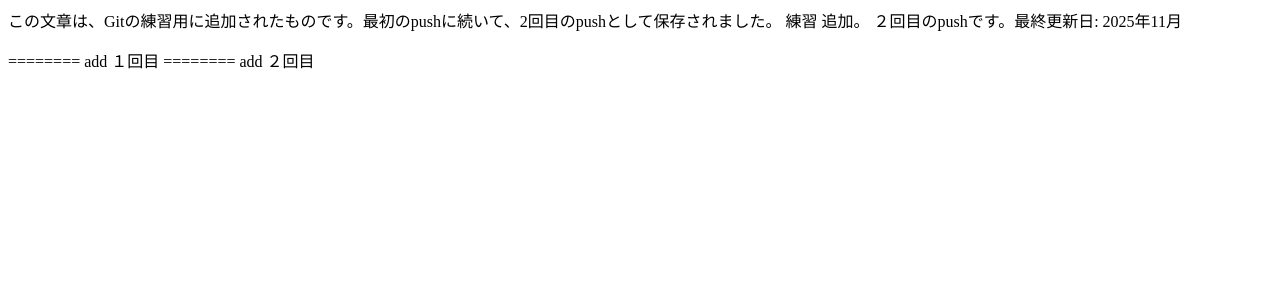
Repository: toshiogawa/git-sample-udemy
Page: git-prac.html
An editor plug-in stored every save of this project. The page is shown before and after the next save, followed by the edit.
The browser window is 1280 px wide. The pictures show the whole page.

Above is the page before, as saved 2025-11-22 01:03:51.

After the next save:
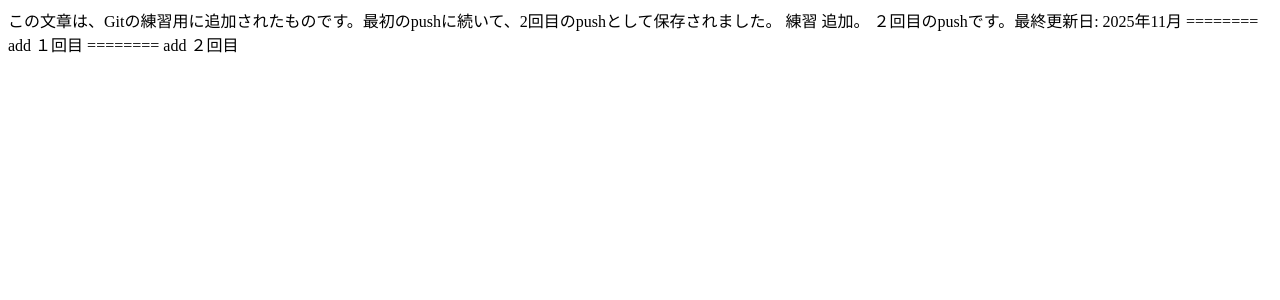
Saved 111 s later.
--- a/git-prac.html
+++ b/git-prac.html
@@ -1,6 +1,5 @@
 <p>
   この文章は、Gitの練習用に追加されたものです。最初のpushに続いて、2回目のpushとして保存されました。
-  練習 追加。 ２回目のpushです。最終更新日: 2025年11月
+  練習 追加。 ２回目のpushです。最終更新日: 2025年11月 ======== add １回目
+  ======== add ２回目
 </p>
-
-======== add １回目 ======== add ２回目
